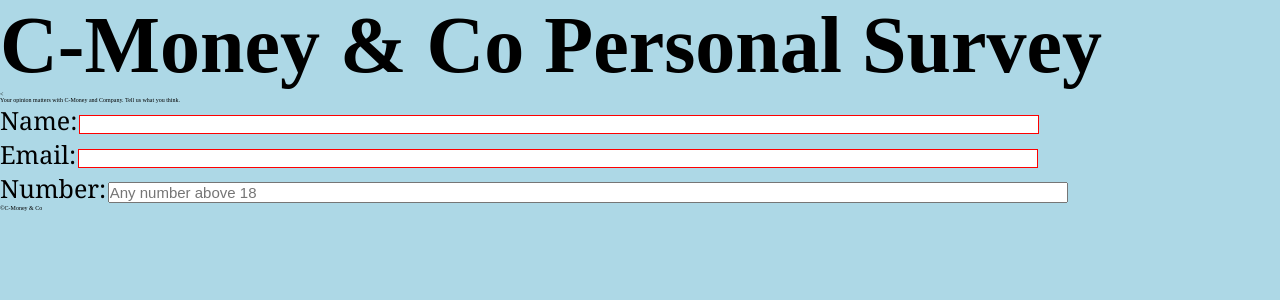
Repository: ctcoleman/surveyForm
Page: index.html
The author's editor kept a copy of each file at every save. The page is drawn from the files as they stood at one save, then again after the next save.
The browser window is 1280 px wide. The pictures show the whole page.

Above is the page before, as saved 2020-06-26 10:32:24.
Console error: TypeError: Cannot read properties of null (reading 'addEventListener')

### index.html
<!DOCTYPE html>
<html lang="en">

<!-- Head -->
  <head>
    <meta name="description" content="Survey Form Example Project">
    <meta name="author" content="Christopher Coleman">
    <meta name="title" content="Survey Form Project">
    <meta name="keywords" content="Survey, Forms, HTML, CSS, Example, Project"
    <meta name="viewport" content="width=device-width, initial-scale=1.0">
    <meta charset="UTF-8">
    <link rel="stylesheet" type="text/css" href="/assets/stylesheets/index.css">
    <title>Survey Form Project</title>
  </head>

<!-- Body -->
  <body>


    <!-- Main Content-->
    <main id="main">
    <!-- Header -->
      <header id="titleHeading" class="heading">
        <h1 id="title">C-Money & Co Personal Survey</h1>
      </header>
      <
      <section class="descriptionSection">
        <p id="description">Your opinion matters with C-Money and Company. Tell us what you think.</p>
      </section>

      <form id="survey-form" class="formWrapper" action="#" method="post">
        <div class="nameEntery">
          <label for="name-label">Name:</label>
          <input type="text" id="name" name="user_name" required="required">
        </div>
        <div class="emailEntery">
          <label for="email-label">Email:</label>
          <input type="email" id="email" name="user_email" required>
        </div>
        <div class="numberEntery">
          <label for="number-label">Number:</label>
          <input type="number" id="number" placeholder="Any number above 18" min="18" max="150">
        </div>
      </form>
    </main>
  <!-- Footer -->
    <footer>
      <p>&copy;C-Money & Co</p>
    </footer>
    <script>
      const btn = document.querySelector('button');
      const txt = document.querySelector('p')

      btn.addEventListener('click', updateBtn);

      function updateBtn () {
        if (btn.textContent === 'I am a button') {
          btn.textContent = 'I am a new button';
          txt.textContent = 'New Lorem Ipsum';
        } else {
          btn.textContent = 'I am a button';
          txt.textContent = 'Lorem Ipsum'
        }
      }
    </script>
    <script>url('https://cdn.freecodecamp.org/testable-projects-fcc/v1/bundle.js')</script>
  </body>
</html>

### assets/stylesheets/index.css
* {
  margin: 0;
  padding: 0;
  outline: 0;
  box-sizing: border-box;
  font-size: 62.5%;
}

html {
 background: lightblue;
 color: black;
 -webkit-font-smoothing: antialiased;
}

h1 {
  font-size: 8rem;
}

input {
  font-size: 1.5rem;
  width: 75vw;
}
input:required {
  border: 1px solid red;
}

label {
  font-size: 2.5rem;
  font-family: Georgia, 'Times New Roman', Times, serif;
}

After the next save:
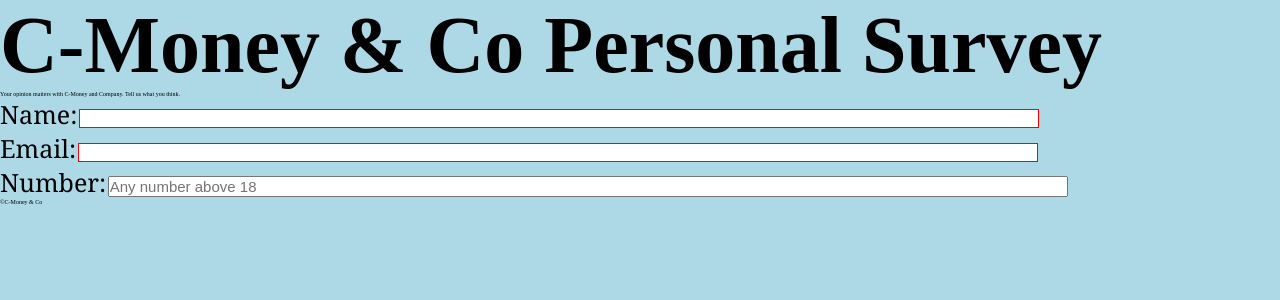
Saved 3 s later.
--- a/index.html
+++ b/index.html
@@ -23,7 +23,7 @@
       <header id="titleHeading" class="heading">
         <h1 id="title">C-Money & Co Personal Survey</h1>
       </header>
-      <
+      <!---->
       <section class="descriptionSection">
         <p id="description">Your opinion matters with C-Money and Company. Tell us what you think.</p>
       </section>
